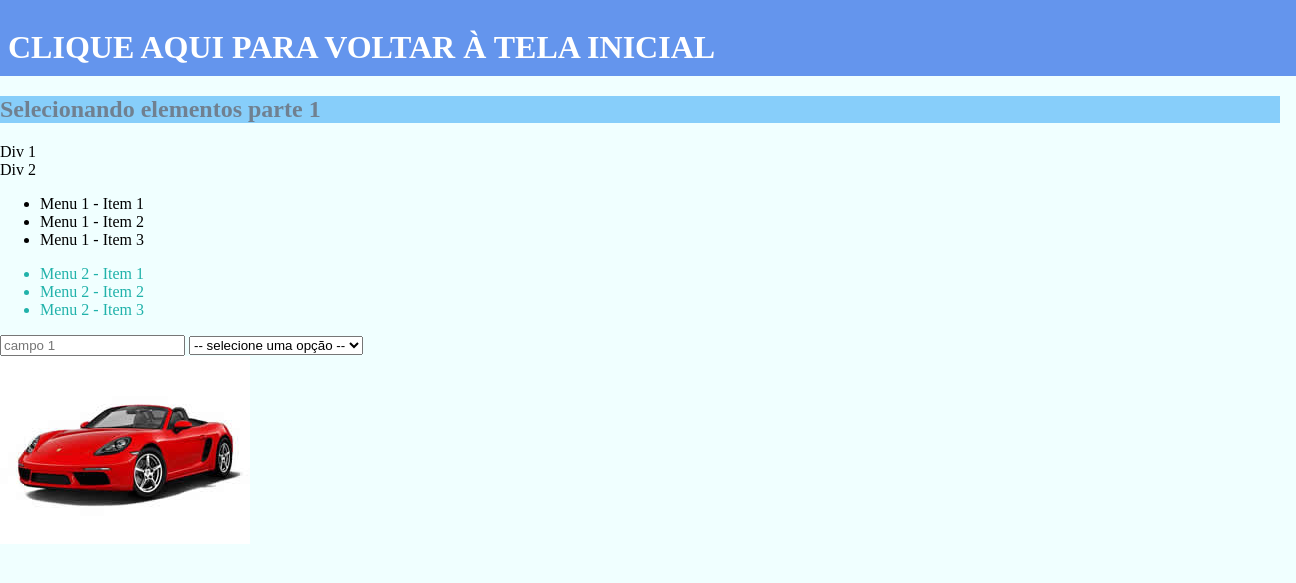
Repository: 2001mariana/jquery
Page: select-elements-part1.html
These files come from the project's save history. The page is drawn as it stood at one moment and after a run of saves; the edit follows.
The browser window is 1280 px wide. The page is 1296 px wide, then 1280 px, so the pictures cover 1296 px, including what lies to the right of the window. The pictures show the whole page.

Above is the page before, as saved 2022-08-04 15:32:08.

After the next 6 saves:
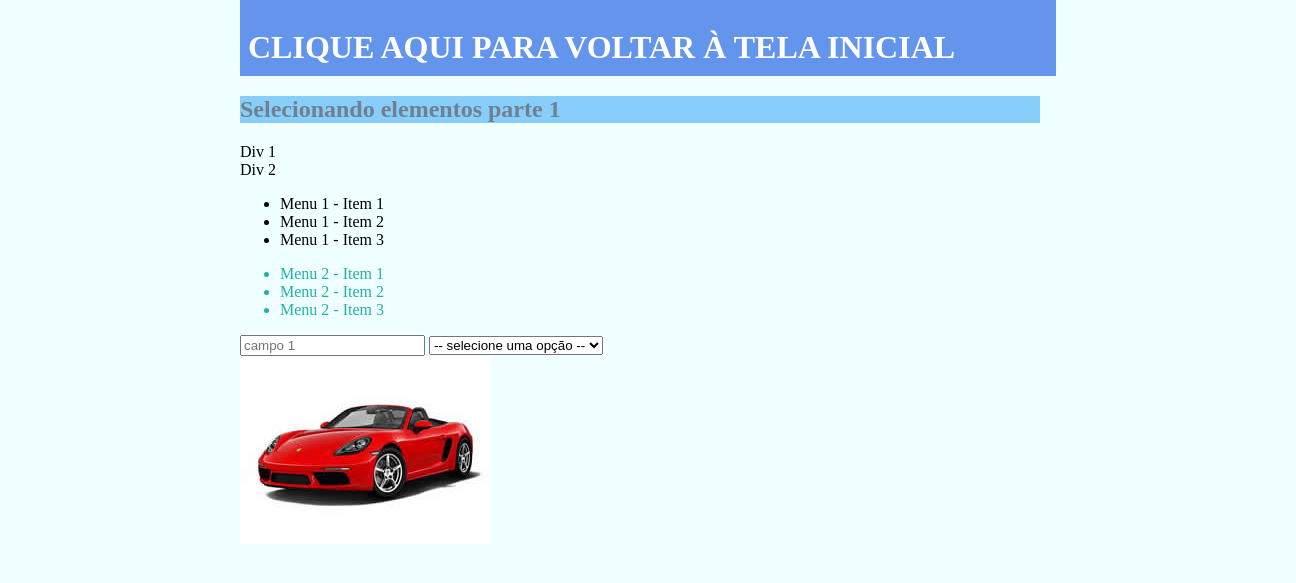
The 6 saves are shown as one change because they came seconds apart.
The last was saved 15 s later.
--- a/select-elements-part1.html
+++ b/select-elements-part1.html
@@ -53,6 +53,6 @@ console.log($('#menu1'))
     $('h2').css("background-color", "#87CEFA")
     $('h2').css("color", "	#708090")
     $('.itemMenu2').css("color", "#20B2AA")
-
+	$("body").css("width", "800px")
 </script>
 </html>
